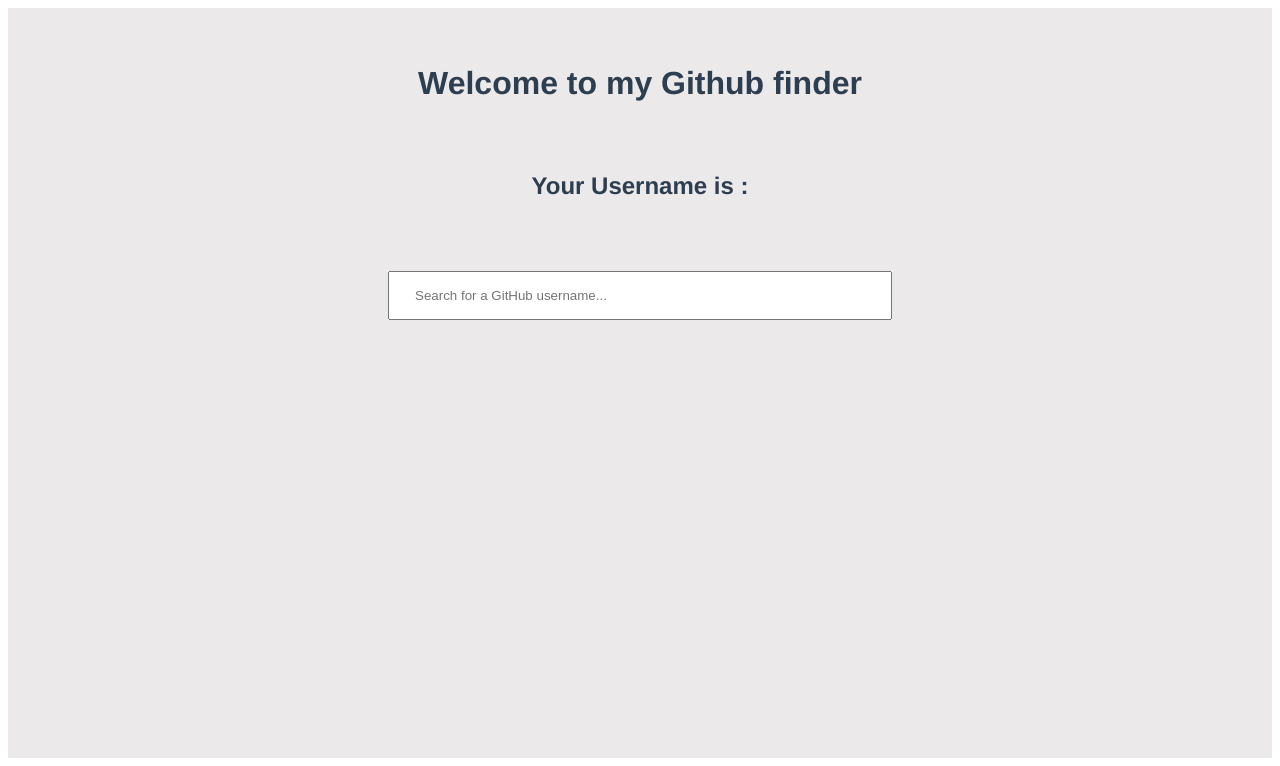
Repository: Syfon01/githubfinderApp
Page: /
An editor plug-in stored every save of this project. The page is shown before and after a run of saves, followed by the edit.
The browser window is 1280 px wide. The pictures show the whole page.
The project was rebuilt for these pictures with package versions that can differ from the ones it lists, and the page was loaded fresh each time.

Above is the page before, as saved 2020-02-06 14:52:07.
Console error: TypeError: Cannot read properties of undefined (reading 'protocol')

After the next 3 saves:
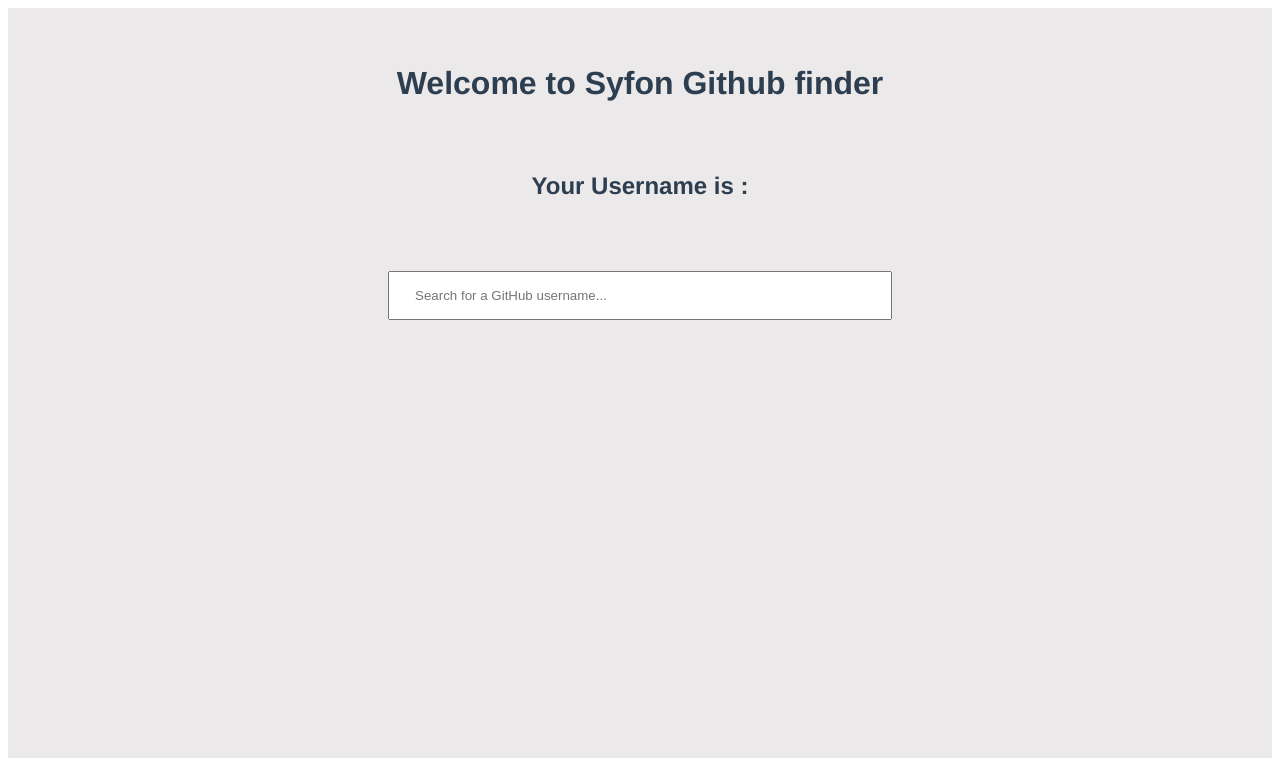
The 3 saves are shown as one change because they came seconds apart.
The last was saved 91 s later.
--- a/src/components/Finder.vue
+++ b/src/components/Finder.vue
@@ -1,7 +1,7 @@
 <template>
 
   <div id="main">
-    <h1>Welcome to my Github finder</h1>
+    <h1>Welcome to Syfon Github finder</h1>
     <h2>Your Username is : {{username}}</h2>
     <input type="text" name="gh-username" placeholder="Search for a GitHub username..." v-model="username" @keyup="search" :class="{ 'has-error': error }">
 
